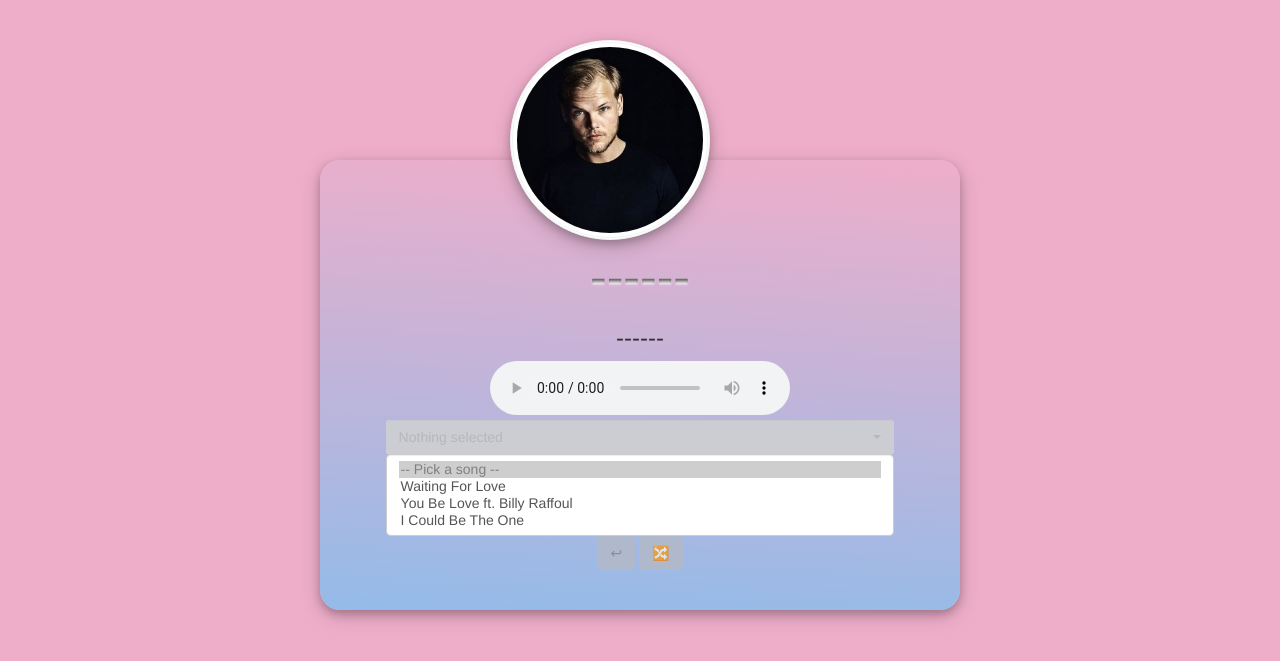
Repository: StanRodriguez/musicplayer
Page: index.html
The author's editor kept a record of every edit. The page is drawn from the files as they stood at one moment, then again after the next edit.
The browser window is 1280 px wide. The pictures show the whole page.
Some web libraries are served in a nearby version.

Above is the page before.

After the next edit:
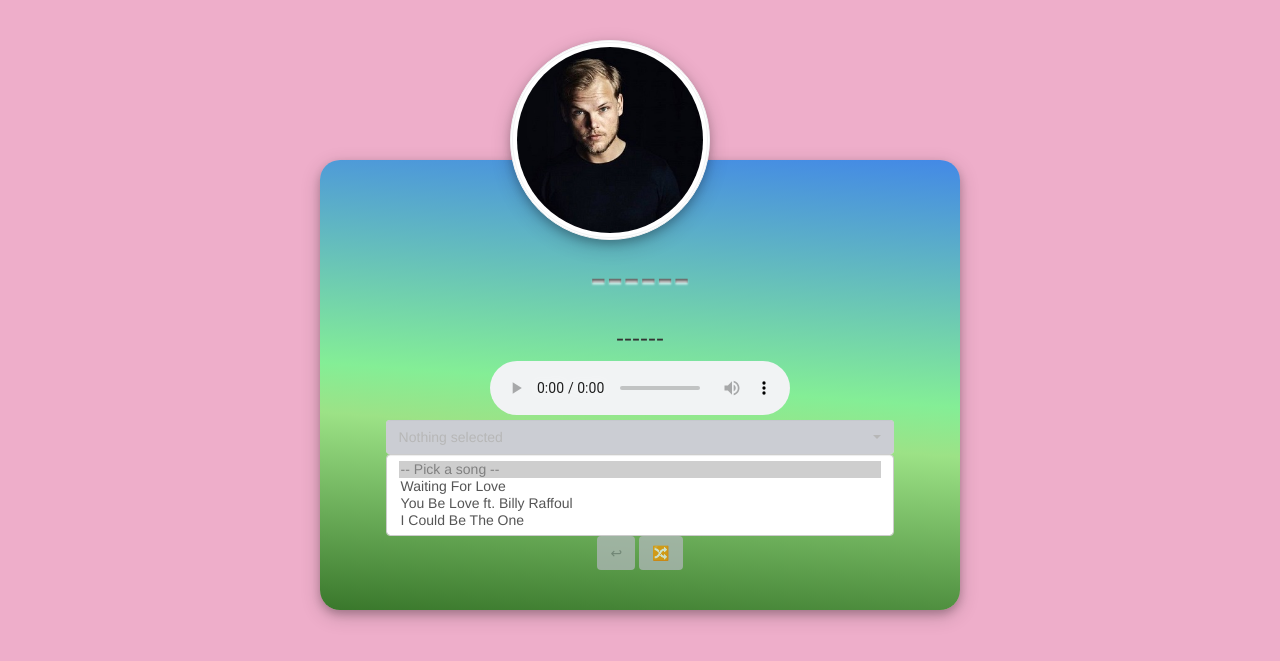
The edit:
--- a/css/main.css
+++ b/css/main.css
@@ -11,8 +11,8 @@
 #container {
 	position: absolute;
     /*box-sizing: border-box;*/
-background: rgb(238,174,202);
-background: linear-gradient(183deg, rgba(238,174,202,1) 0%, rgba(148,187,233,1) 100%);
+background: rgb(67,137,230);
+background: linear-gradient(184deg, rgba(67,137,230,1) 0%, rgba(132,238,150,1) 50%, rgba(156,226,134,1) 60%, rgba(57,119,43,1) 100%);
 	width: 50%;
 	height: 450px;
 	top: 50px;
